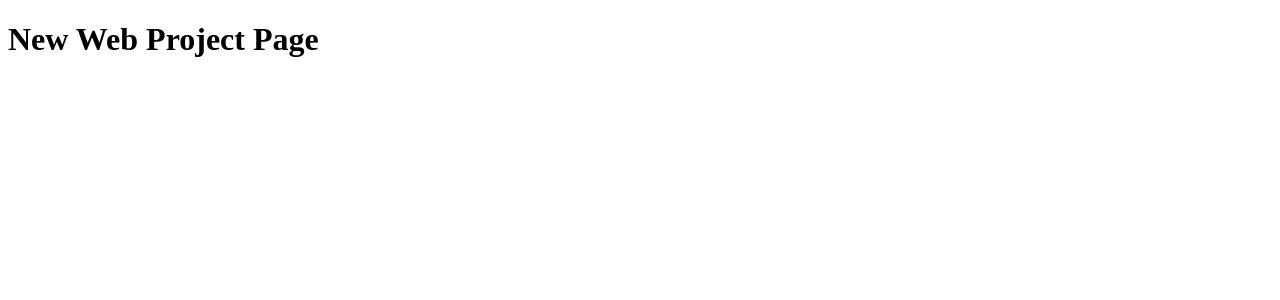
Repository: jkastrup/Kastrup_Jason_WPF
Page: Functions Screencast/Functions/index.html
An editor plug-in stored every save of this project. The page is shown before and after the next save, followed by the edit.
The browser window is 1280 px wide. The pictures show the whole page.

Above is the page before, as saved 2014-03-27 01:29:02.

### Functions Screencast/Functions/index.html
<!DOCTYPE HTML PUBLIC "-//W3C//DTD HTML 4.01 Transitional//EN"
"http://www.w3.org/TR/html4/loose.dtd">
<html xmlns="http://www.w3.org/1999/xhtml">
	<head>
		<meta http-equiv="Content-Type" content="text/html; charset=utf-8" />
		<title>New Web Project</title>
	</head>
	<body>
		<h1>New Web Project Page</h1>
	</body>
</html>

### Functions Screencast/Functions/js/script.js
/**
 * @author Jason Kastrup
 */

After the next save:
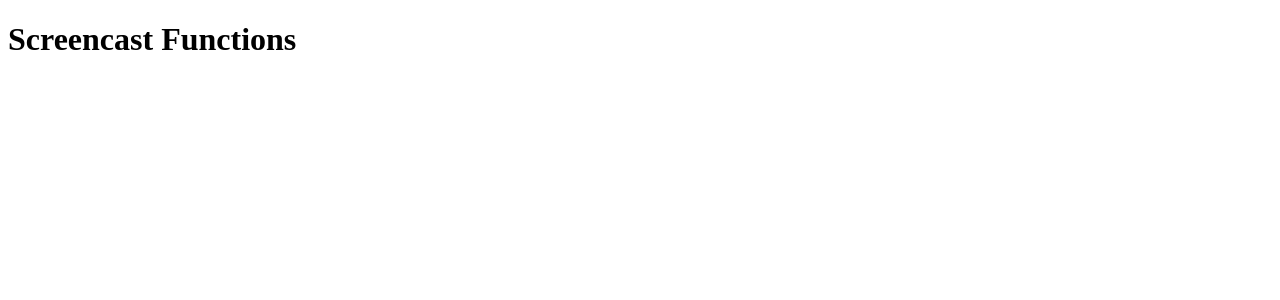
Saved 46 s later.
--- a/Functions Screencast/Functions/index.html
+++ b/Functions Screencast/Functions/index.html
@@ -3,9 +3,10 @@
 <html xmlns="http://www.w3.org/1999/xhtml">
 	<head>
 		<meta http-equiv="Content-Type" content="text/html; charset=utf-8" />
-		<title>New Web Project</title>
+		<title>Screencast Functions</title>
 	</head>
 	<body>
-		<h1>New Web Project Page</h1>
+		<h1>Screencast Functions</h1>
+		<script src="js/script.js"></script>
 	</body>
 </html>
